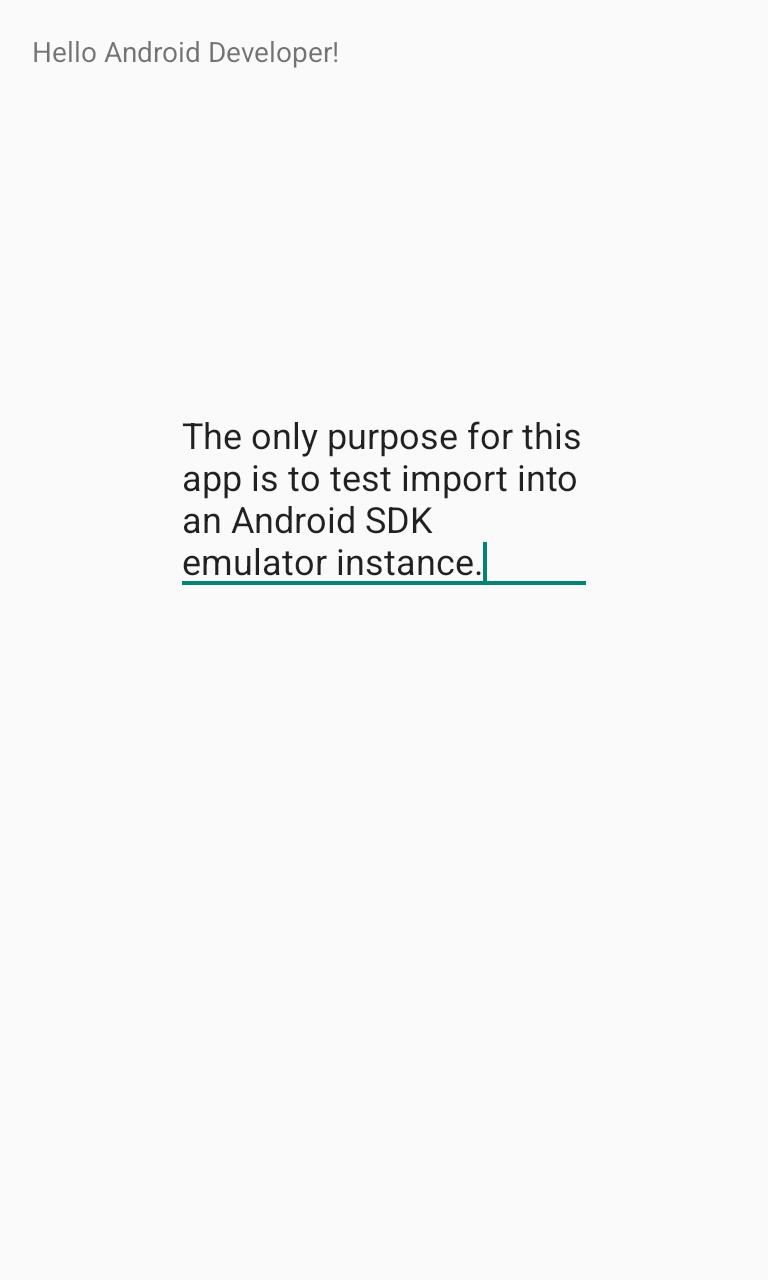
Repository: hdemby/workspace
Layout: TestApp/res/layout/activity_main.xml
The author's editor kept a copy of each file at every save. The layout is drawn from the files as they stood at one save, then again after the next save.
It is drawn on a 768 x 1280 px phone screen (xhdpi) without system bars, with theme AppTheme; the app's code is not run.

Above is the layout before, as saved 2014-11-13 17:50:47.

### TestApp/res/layout/activity_main.xml
<RelativeLayout xmlns:android="http://schemas.android.com/apk/res/android"
    xmlns:tools="http://schemas.android.com/tools"
    android:layout_width="match_parent"
    android:layout_height="match_parent"
    android:paddingBottom="@dimen/activity_vertical_margin"
    android:paddingLeft="@dimen/activity_horizontal_margin"
    android:paddingRight="@dimen/activity_horizontal_margin"
    android:paddingTop="@dimen/activity_vertical_margin"
    tools:context="com.coursera.testapp.MainActivity" >

    <TextView
        android:id="@+id/textView1"
        android:layout_width="wrap_content"
        android:layout_height="wrap_content"
        android:text="@string/hello_world" />

    <EditText
        android:id="@+id/editText1"
        android:layout_width="wrap_content"
        android:layout_height="wrap_content"
        android:layout_below="@+id/textView1"
        android:layout_centerHorizontal="true"
        android:layout_marginTop="160dp"
        android:ems="10"
        android:inputType="textMultiLine"
        android:text="@string/content_main" >

        <requestFocus />
    </EditText>

</RelativeLayout>

### TestApp/res/values/strings.xml
<?xml version="1.0" encoding="utf-8"?>
<resources>

    <string name="app_name">Test App</string>
    <string name="hello_world">Hello Android Developer!</string>
    <string name="action_settings">Settings</string>
    <string name="content_main">The only purpose for this app is to test import into an Android SDK emulator instance.</string>
    <string />

</resources>

Loaded but not shown: TestApp/res/values/styles.xml (common file); TestApp/res/values-v11/styles.xml (common file); TestApp/res/values-v14/styles.xml (common file); TestApp/res/values/dimens.xml (common file); TestApp/res/values-w820dp/dimens.xml (common file)

After the next save:
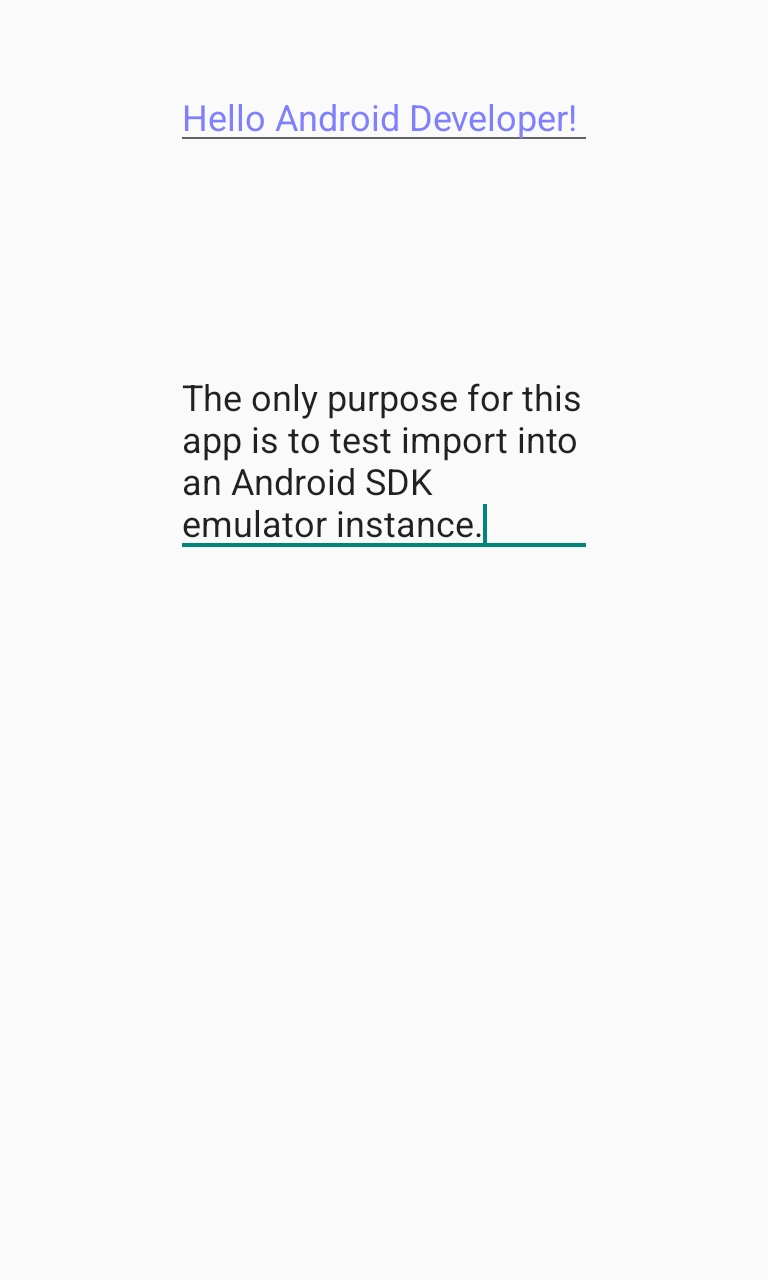
Saved 2 min 37 s later.
--- a/TestApp/res/layout/activity_main.xml
+++ b/TestApp/res/layout/activity_main.xml
@@ -8,24 +8,31 @@
     android:paddingTop="@dimen/activity_vertical_margin"
     tools:context="com.coursera.testapp.MainActivity" >
 
-    <TextView
-        android:id="@+id/textView1"
-        android:layout_width="wrap_content"
-        android:layout_height="wrap_content"
-        android:text="@string/hello_world" />
-
     <EditText
         android:id="@+id/editText1"
         android:layout_width="wrap_content"
         android:layout_height="wrap_content"
-        android:layout_below="@+id/textView1"
         android:layout_centerHorizontal="true"
         android:layout_marginTop="160dp"
         android:ems="10"
         android:inputType="textMultiLine"
+        android:scrollbars="vertical"
         android:text="@string/content_main" >
 
         <requestFocus />
     </EditText>
 
+    <EditText
+        android:id="@+id/editText2"
+        android:layout_width="wrap_content"
+        android:layout_height="wrap_content"
+        android:layout_alignLeft="@+id/editText1"
+        android:layout_alignParentTop="true"
+        android:layout_marginTop="20dp"
+        android:contentDescription="@string/app_name"
+        android:ems="10"
+        android:inputType="text"
+        android:text="@string/hello_world"
+        android:textColor="#7f7fff" />
+
 </RelativeLayout>
